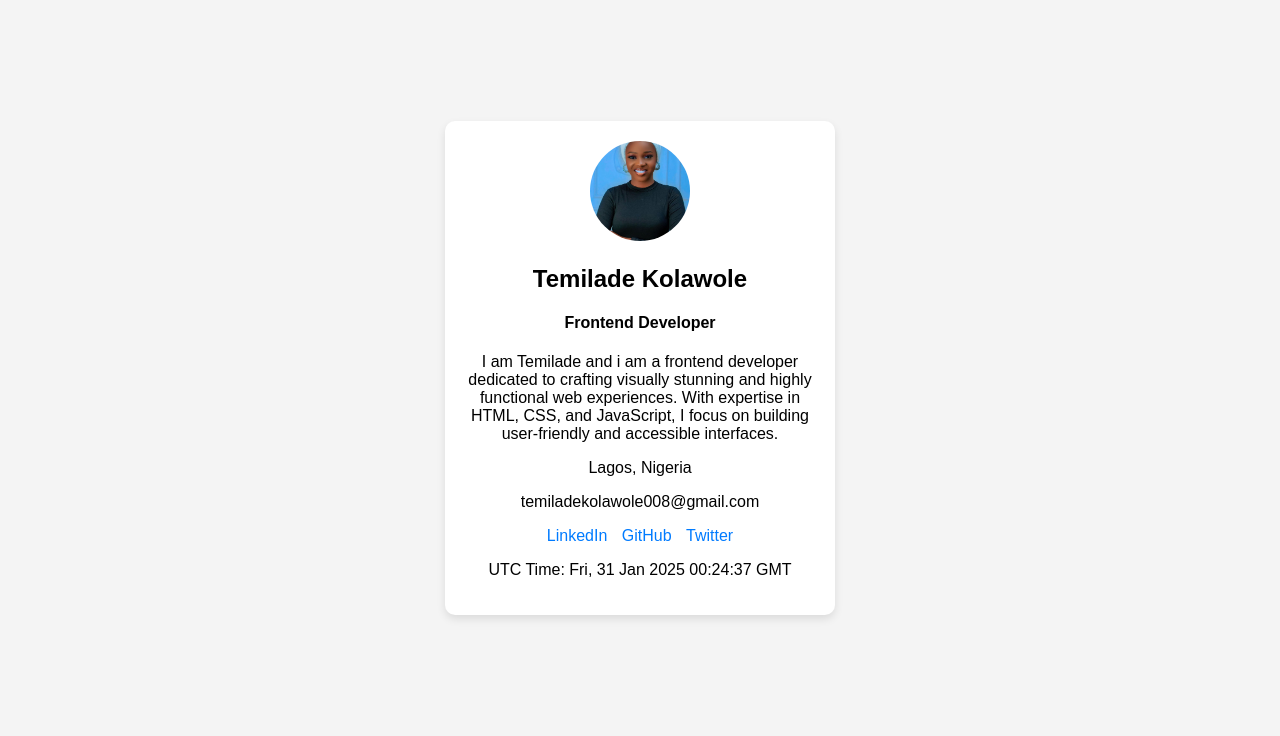
Repository: KolawoleTemilade/ticket-guarantor
Page: profilecard/index..html
An editor plug-in stored every save of this project. The page is shown before and after the next save, followed by the edit.
The browser window is 1280 px wide. The pictures show the whole page.

Above is the page before, as saved 2025-01-31 00:46:11.

After the next save:
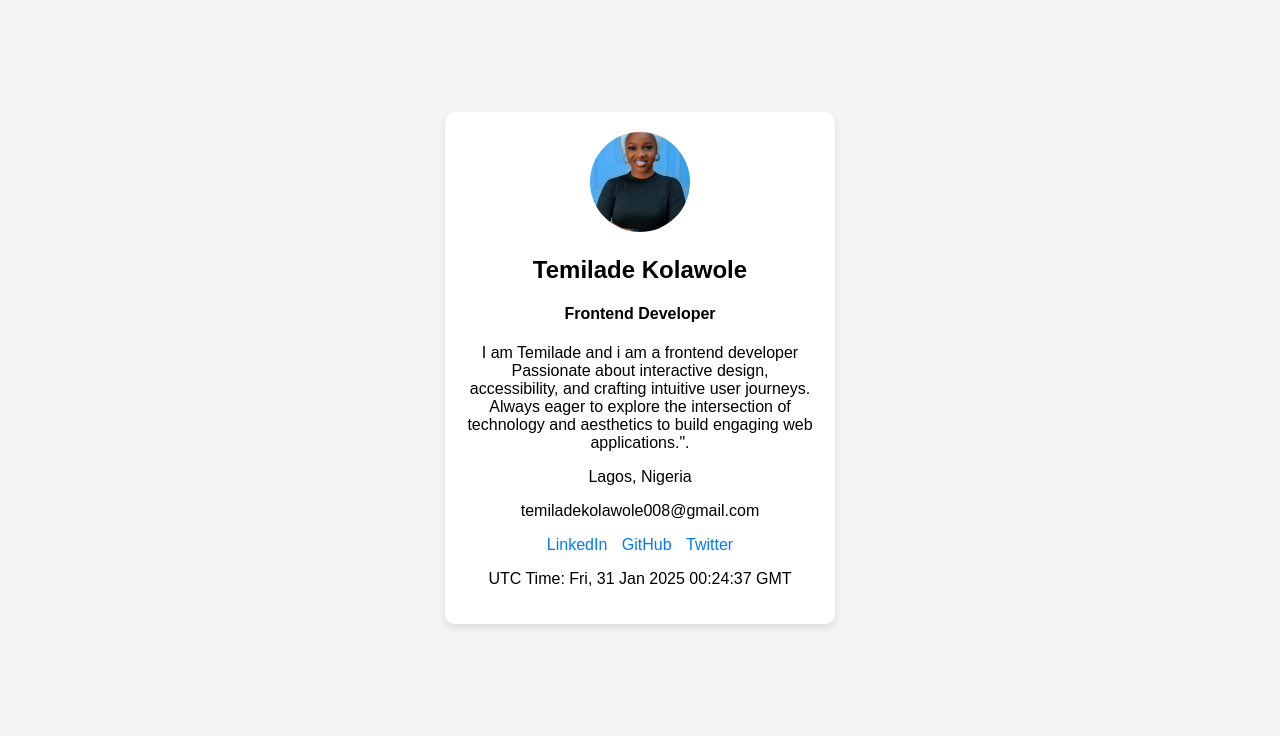
Saved 79 s later.
--- a/profilecard/index..html
+++ b/profilecard/index..html
@@ -11,7 +11,7 @@
         <img src="./asset/profile.jpg" alt="Profile Picture" data-testid="profilePicture">
         <h2 data-testid="fullName">Temilade Kolawole</h2>
         <h4 data-testid="jobTitle">Frontend Developer</h4>
-        <p data-testid="shortBio"> I am Temilade and i am a frontend developer dedicated to crafting visually stunning and highly functional web experiences. With expertise in HTML, CSS, and JavaScript, I focus on building user-friendly and accessible interfaces.</p>
+        <p data-testid="shortBio"> I am Temilade and i am a frontend developer Passionate about interactive design, accessibility, and crafting intuitive user journeys. Always eager to explore the intersection of technology and aesthetics to build engaging web applications.".</p>
         <p data-testid="currentLocation">Lagos, Nigeria</p>
         <p data-testid="emailAddress">temiladekolawole008@gmail.com</p>
         <div class="social-links" data-testid="socialLinks">
